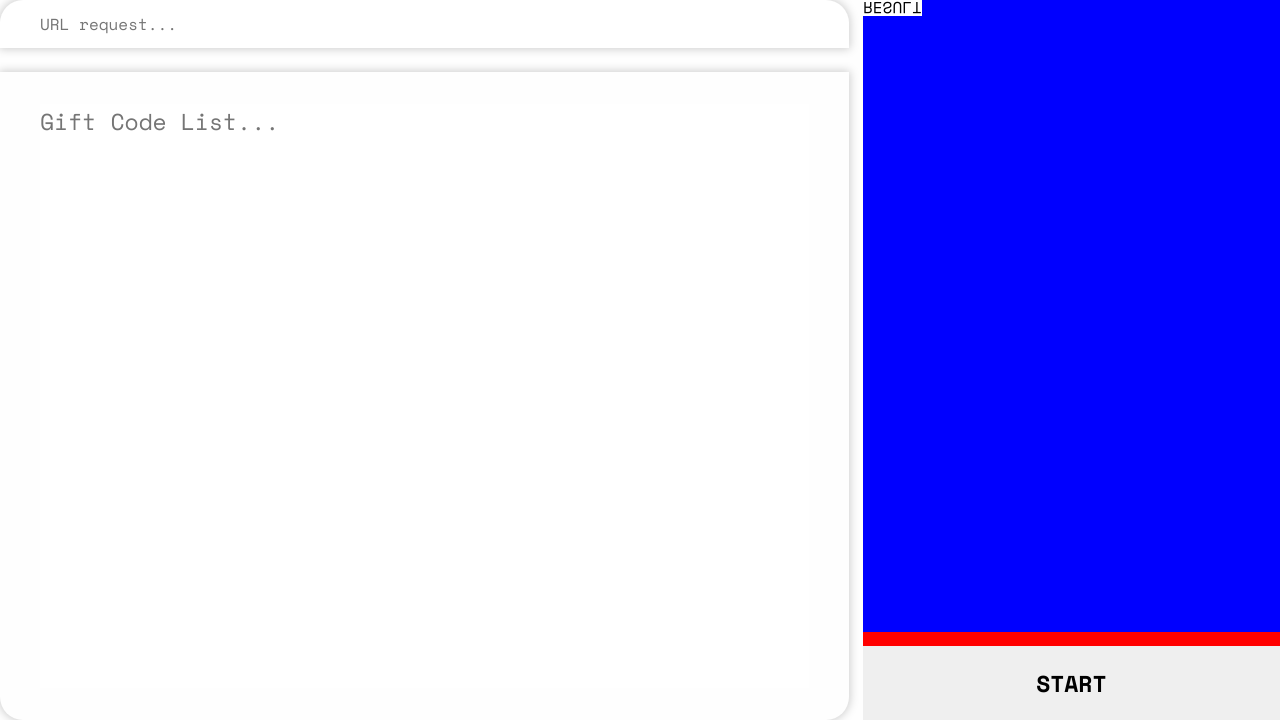
Repository: 777hanh777hanh/test
Page: index.html
An editor plug-in stored every save of this project. The page is shown before and after the next save, followed by the edit.
The browser window is 1280 px wide. The pictures show the whole page.

Above is the page before, as saved 2023-06-30 17:40:18.

After the next save:
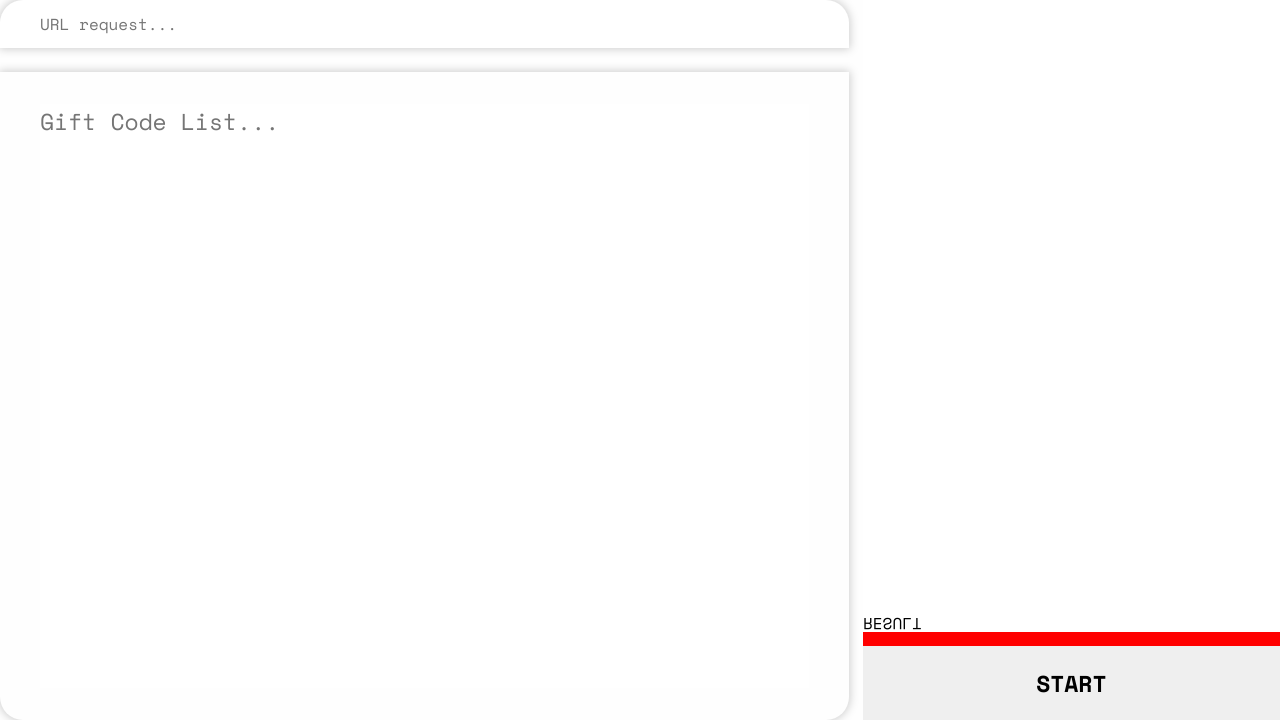
Saved 19 s later.
--- a/assets/css/style.css
+++ b/assets/css/style.css
@@ -98,6 +98,7 @@
     position: absolute;
     display: inline-block;
     content: 'Result';
+    inset: 0;
     text-transform: uppercase;
     z-index: 1;
     background: #fff;

After the save that followed:
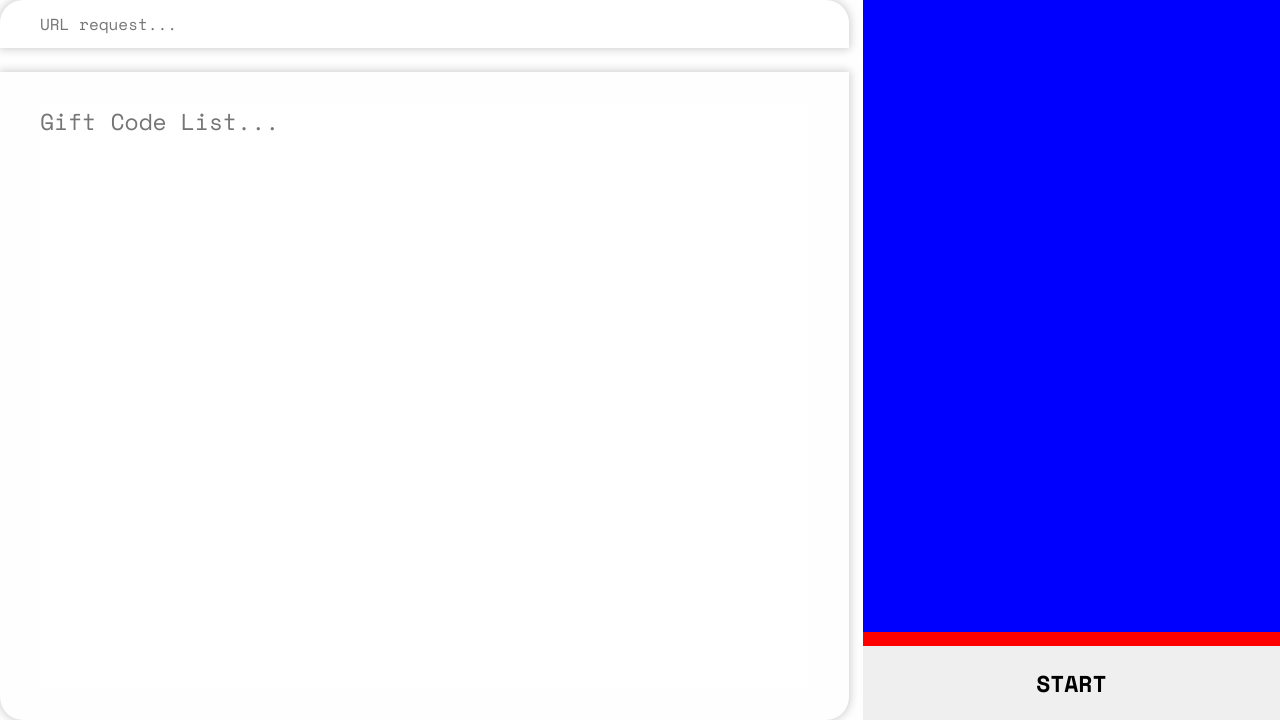
Saved 6 s later.
--- a/assets/css/style.css
+++ b/assets/css/style.css
@@ -102,7 +102,7 @@
     text-transform: uppercase;
     z-index: 1;
     background: #fff;
-    transform: rotateX(180deg);
+    transform: rotateX(90deg);
 }
 
 .btn {
